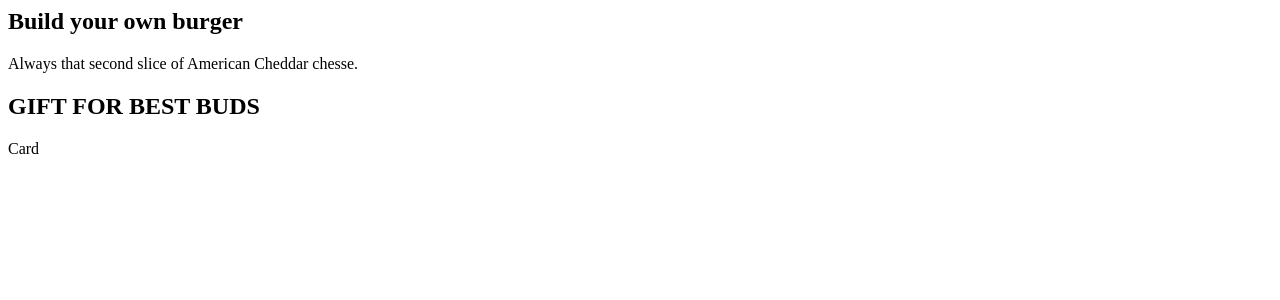
Repository: allankchow/big-boy-burgers
Page: http://localhost/template-parts/home/content-two_cards.php
The author's editor kept a copy of each file at every save. The page is drawn from the files as they stood at one save, then again after the next save.
The browser window is 1280 px wide. The pictures show the whole page.
The page is run by PHP 8.4 with error messages shown; the project is at /var/www/html/.

Above is the page before, as saved 2024-04-22 22:12:37.

After the next save:
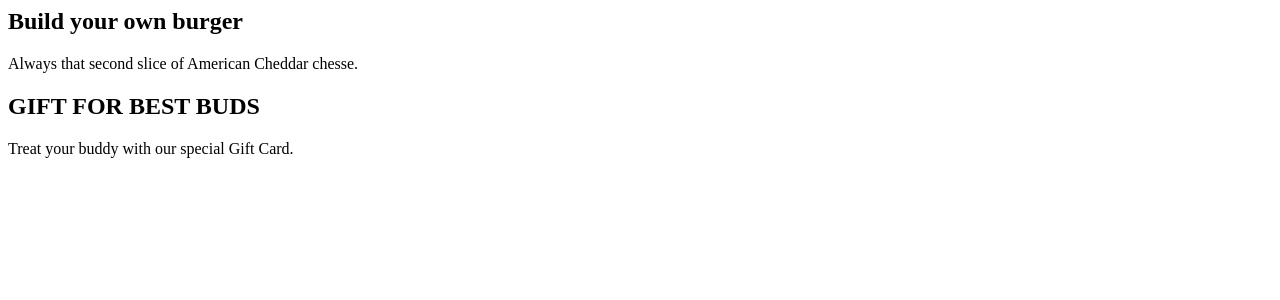
Saved 6 s later.
--- a/template-parts/home/content-two_cards.php
+++ b/template-parts/home/content-two_cards.php
@@ -10,7 +10,7 @@
         <div class="card-image card-image-2"></div>
         <div class="card-content">
             <h2>GIFT FOR BEST BUDS</h2>
-            Card
+            <p>Treat your buddy with our special Gift Card.</p>
         </div>
 
     </div>
